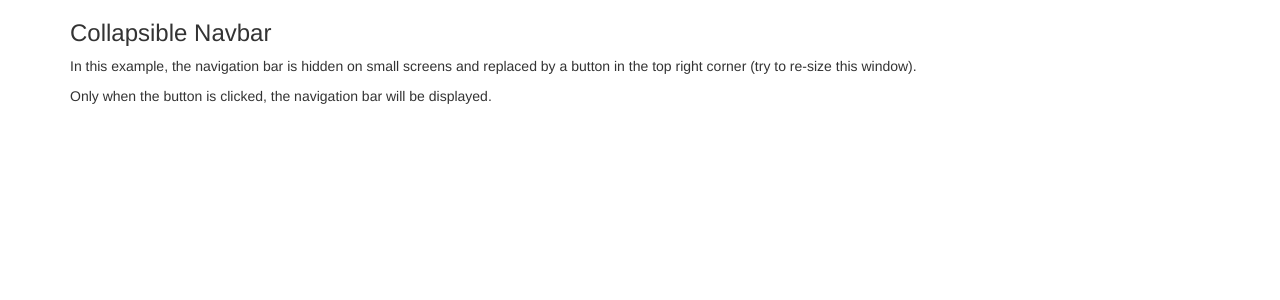
Repository: rlo-g/Spring
Page: http://localhost/SpringMVC03/WEB-INF/views/index.jsp
An editor plug-in stored every save of this project. The page is shown before and after the next save, followed by the edit.
The browser window is 1280 px wide. The pictures show the whole page.
The page is served by Tomcat 9. Nobody is signed in. The template is opened directly, without the code that normally fills it, so the values that code supplies are empty.

Above is the page before, as saved 2023-09-14 03:23:55.

After the next save:
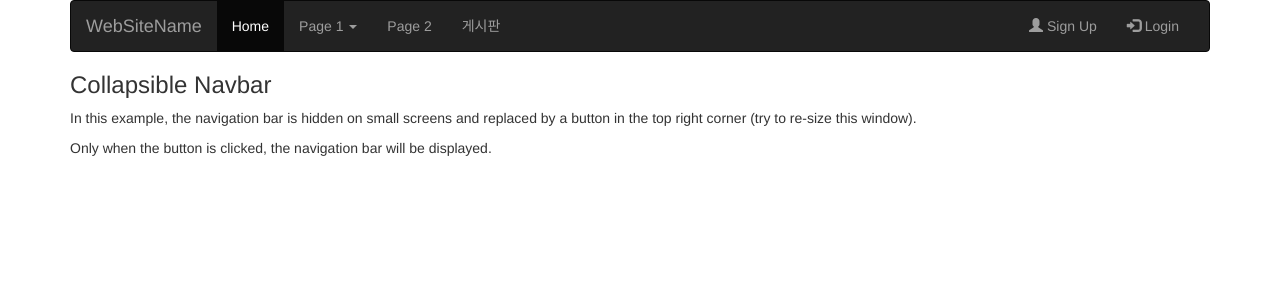
Saved 69 s later.
--- a/SpringMVC03/src/main/webapp/WEB-INF/views/index.jsp
+++ b/SpringMVC03/src/main/webapp/WEB-INF/views/index.jsp
@@ -13,11 +13,12 @@
 <body>
 
 
-
 <div class="container">
-  <h3>Collapsible Navbar</h3>
-  <p>In this example, the navigation bar is hidden on small screens and replaced by a button in the top right corner (try to re-size this window).
-  <p>Only when the button is clicked, the navigation bar will be displayed.</p>
+	 <!-- 따로 저장해둔 메뉴바 불러오기 -->
+	<jsp:include page="common/header.jsp"></jsp:include>
+  	<h3>Collapsible Navbar</h3>
+  	<p>In this example, the navigation bar is hidden on small screens and replaced by a button in the top right corner (try to re-size this window).
+  	<p>Only when the button is clicked, the navigation bar will be displayed.</p>
 </div>
 
 </body>
